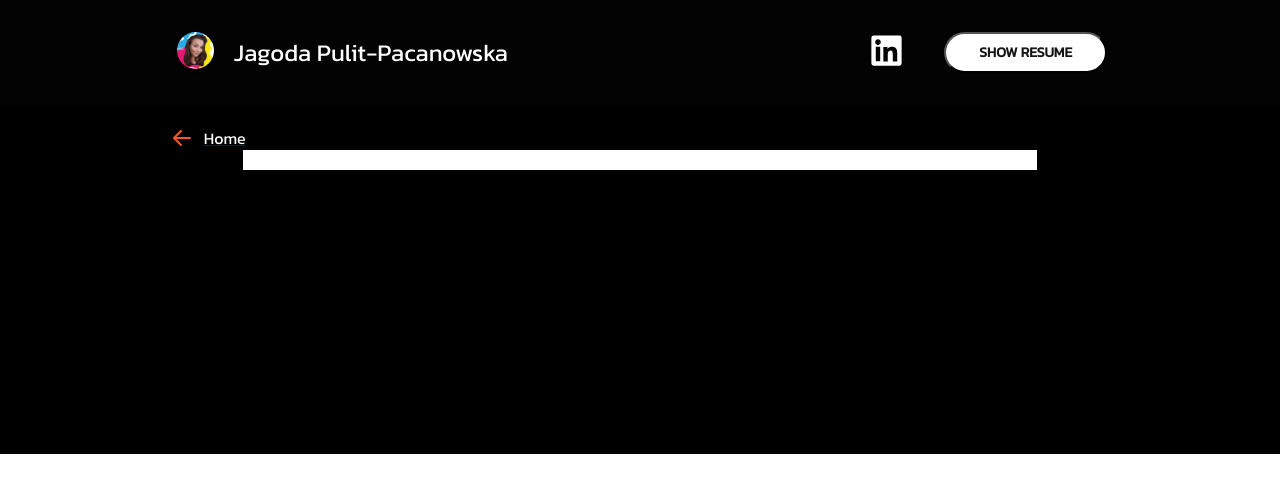
Repository: remigiuszpulit/ux-ui-portfolio
Page: /dimarkit
An editor plug-in stored every save of this project. The page is shown before and after the next save, followed by the edit.
The browser window is 1280 px wide. The pictures show the whole page.
The project was rebuilt for these pictures with package versions that can differ from the ones it lists, and the page was loaded fresh each time. Also part of the build but not shown: src/components/Card.js, src/pages/index.js.

Above is the page before, as saved 2022-10-03 20:09:46.

After the next save:
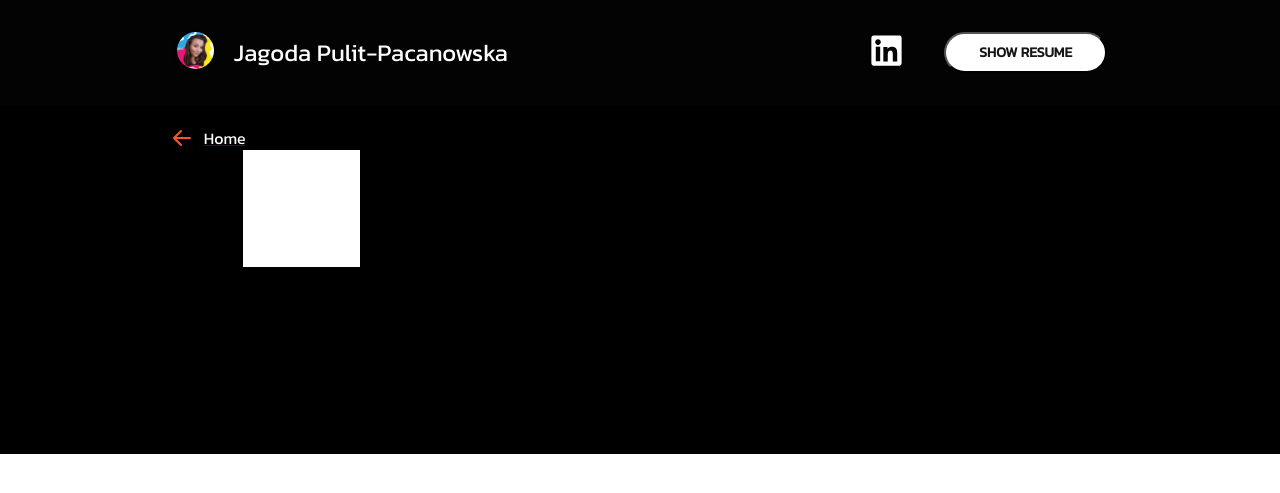
Saved 118 s later.
--- a/src/components/PageHead.js
+++ b/src/components/PageHead.js
@@ -12,7 +12,9 @@
           <BackLinkText>Home</BackLinkText>
         </BackLink>
         <HeadContainer>
-          <HeadWrapper />
+          <HeadWrapper>
+            <ImageContainer />
+          </HeadWrapper>
         </HeadContainer>
       </Wrapper>
     </Container>
@@ -64,6 +66,12 @@
 
 const HeadWrapper = styled.div`
   width: 85%;
-  background: white;
+
   height: 20px;
 `;
+
+const ImageContainer = styled.div`
+  width: 117px;
+  height: 117px;
+  background: white;
+`;

After the save that followed:
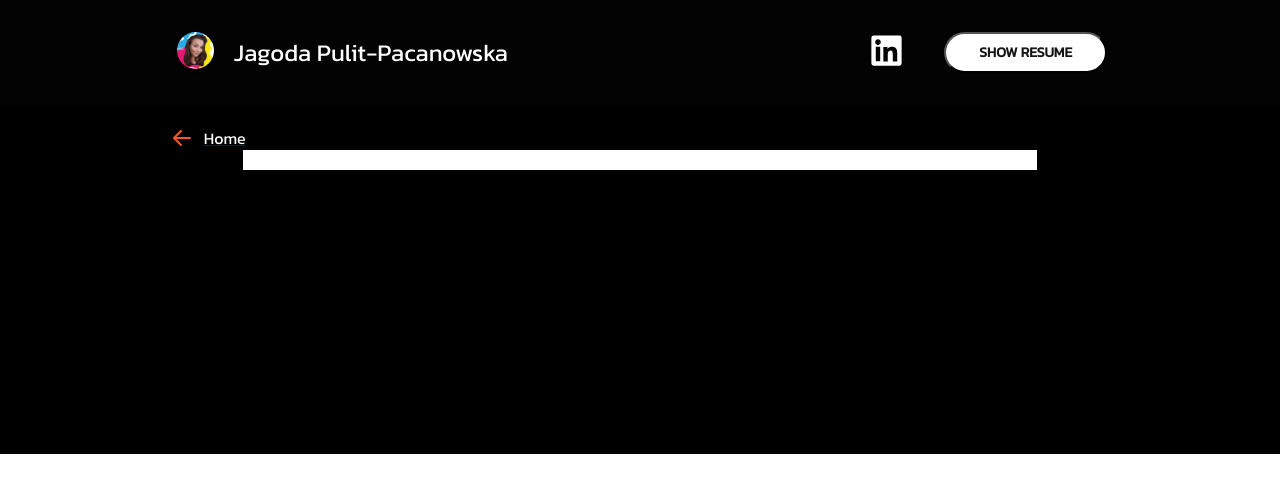
Saved 24 s later.
--- a/src/components/PageHead.js
+++ b/src/components/PageHead.js
@@ -71,7 +71,6 @@
 `;
 
 const ImageContainer = styled.div`
-  width: 117px;
-  height: 117px;
+  height: 100%;
   background: white;
 `;
